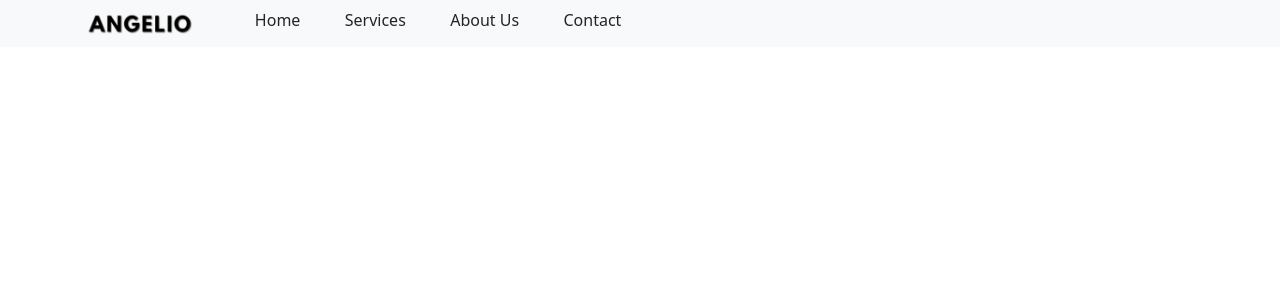
Repository: nazmulalok/landing-page-angelio
Page: index.html
An editor plug-in stored every save of this project. The page is shown before and after the next save, followed by the edit.
The browser window is 1280 px wide. The pictures show the whole page.

Above is the page before, as saved 2022-08-28 23:14:00.

After the next save:
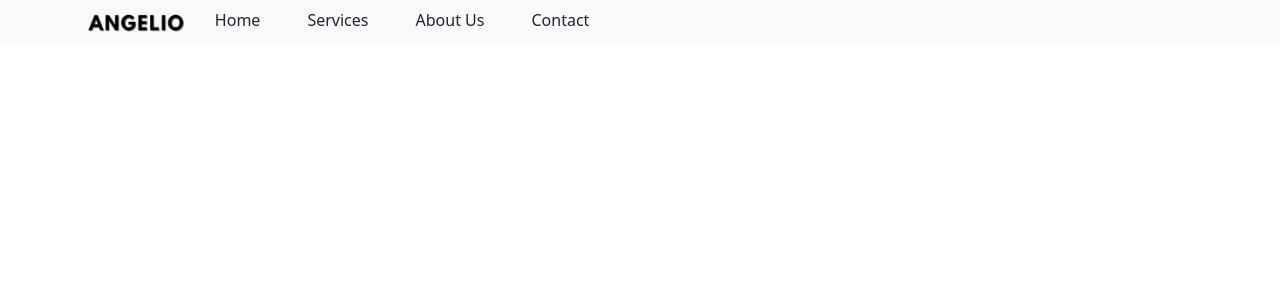
Saved 2 min 25 s later.
--- a/style.css
+++ b/style.css
@@ -7,4 +7,6 @@
     display: flex;
     justify-content: space-between;
     margin: 0;
+    padding: 0;
+    align-items: center;
 }
